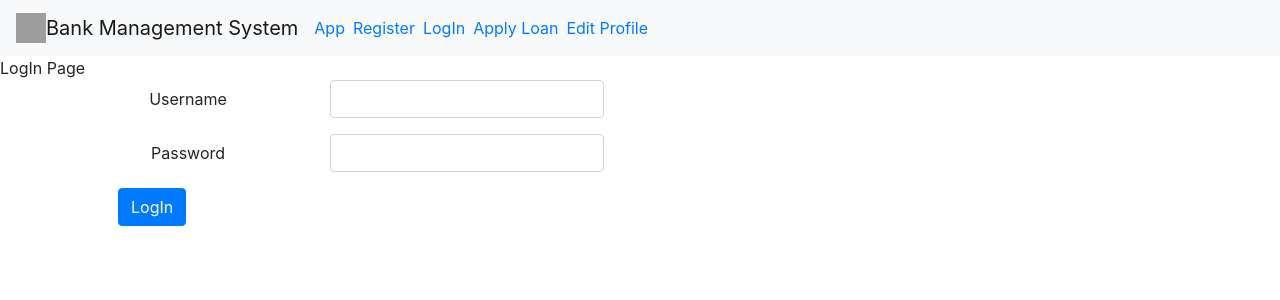
Repository: Nilkumar-Sharma/Bank-Management-System-Frontend-React
Page: /login
These files come from the project's save history. The page is drawn as it stood at one moment and after a run of saves; the edit follows.
The browser window is 1280 px wide. The pictures show the whole page.
Pictures or frames that could not be fetched are drawn as grey boxes. The project was rebuilt for these pictures with package versions that can differ from the ones it lists, and the page was loaded fresh each time. Also part of the build but not shown: src/App.css, src/Counter/Counter.js, src/App.js, src/components/Register/Register.module.scss, src/components/Register/Register.js, src/components/LogIn/LogIn.module.scss, src/components/Loan/Loan.module.scss, src/components/Loan/Loan.js and 1 more.

Above is the page before, as saved 2020-07-28 13:48:20.

### src/index.js
import React from 'react';
import ReactDOM from 'react-dom';
import './index.css';
import App from './App';
import * as serviceWorker from './serviceWorker';
import { Provider } from 'react-redux'
import { createStore } from 'redux'
import rootReducer from './store/reducer'
import { BrowserRouter, Switch,Route,Link } from 'react-router-dom';
import Register from './components/Register/Register'
import { createBrowserHistory } from 'history';
import 'bootstrap/dist/css/bootstrap.min.css';
import LogIn from './components/LogIn/LogIn';
import Loan from './components/Loan/Loan'
import UpdateProfile from './components/Profile/UpdateProfile';

const store = createStore(rootReducer);
store.subscribe(_=>console.log(store.getState()))

ReactDOM.render(
  <Provider store={store}>
    <React.StrictMode>
      <BrowserRouter>

        <nav className="navbar navbar-expand-lg navbar-light bg-light ">
          {/* header */}
          <a className="navbar-brand" href="#">
            <img src="/docs/4.0/assets/brand/bootstrap-solid.svg" width="30" height="30" className="d-inline-block align-top" alt=""></img>
              Bank Management System
  </a>

          <ul className="navbar-nav  mr-auto">
          <li className="nav-item mr-2">
            <Link to="/">App</Link>
            </li>
            <li className="nav-item mr-2">
            <Link to="/register">Register</Link>
          </li>
            <li className="nav-item mr-2">
            <Link to="/login">LogIn</Link>
            </li>
            <li className="nav-item mr-2">
              <Link to="/loan">Apply Loan</Link>
            </li>
            <li className="nav-item mr-2">
              <Link to="/edit">Edit Profile</Link>
            </li>
          </ul>
        </nav>


      {/* A <Switch> looks through its children <Route>s and
            renders the first one that matches the current URL. */}
      <Switch>
        <Route exact path="/">
          <App />
          </Route>
          <Route exact path="/register">
            <Register />
          </Route>
          <Route path="/login">
            <LogIn/>
          </Route>
          <Route path="/loan">
            <Loan></Loan>
          </Route>
          <Route path="/edit">
            <UpdateProfile></UpdateProfile>
          </Route>
      </Switch>
      </BrowserRouter>
    </React.StrictMode>

  </Provider>,
  document.getElementById('root')
);

// If you want your app to work offline and load faster, you can change
// unregister() to register() below. Note this comes with some pitfalls.
// Learn more about service workers: https://bit.ly/CRA-PWA
serviceWorker.unregister();

### src/store/reducer.js
const initialState = {
    counter: 0
};

const rootReducer = (state = initialState, action) => {
    switch (action.type){
    case "INC":
            return { counter: state.counter + 1 }
        case "DEC":
            return { counter: state.counter - 1 }
        default:
            return state
}
}
export default rootReducer;

### src/components/LogIn/LogIn.js
import React, { Component } from 'react';
import InputField from '../Shared/InputField/InputField'
import style from './LogIn.module.scss';
import MyButton from '../Shared/MyButton/MyButton'
/**
 *  As a Customer, I should be able to register my details in the system so that I can
 * login into the system Acceptance criteria: Customer should be able register the details
 * in the system and it should be saved in the database. Customer should be able to login with
 * a User Id and Password that exists in database.
 * On clicking logout the session should be invalidated and login page must be displayed Capture the
 * details like Name, Username, Password, Address, State, Country, Email Address, PAN, Contact No, DOB,
 * Account Type etc

*/
class LogIn extends Component{

    render() {
        return (<div>
            LogIn Page
            <div className="container pl-5">
                {/* <InputField Label="Name"></InputField> */}
                <InputField Label="Username"></InputField>
                <InputField Label="Password"></InputField>
                {/* <InputField Label="Address"></InputField>
                <InputField Label="State"></InputField>
                <InputField Label="Country"></InputField>
                <InputField Label="Email"></InputField>
                <InputField Label="Pan"></InputField>
                <InputField Label="Contact No."></InputField>
                <InputField Label="Dob"></InputField>
                <InputField Label="Account Type"></InputField> */}

                <MyButton label="LogIn"></MyButton>









                </div>
            </div>)
        }
}
export default LogIn;

### src/components/Shared/InputField/InputField.js
import React, { Component } from 'react';
import './InputField.css'
class InputField extends Component {
    static defaultProps = {
        type: "text",
        changes:(e)=>console.log(e.target),
        Label: "Label",
        classes: "",
        value: "",
        id: "setId",
        name: "name",
        PlaceHolder: "PlaceHolder Here",
    }
    constructor(props) {
        super(props);
        this.state = {
            value: ""
        }
        // this.props.PlaceHolder = this.props.Label;

    }
    handleChange(event) {
        this.setState({ value: event.target.value });
        this.props.changes(event);
    }
    render() {
        return (
            <div className="container">
            <div className="row">
                <div class="form-group form-inline" >
                <div className="col-6">
                    <label htmlFor={this.props.id}>{this.props.Label}</label>

                </div>
                <div className="col-6">
                        <input className="form-control" name={this.props.name} id={this.props.id} type={this.props.type} onChange={
                        // (this.props.changes) || ((e)=>{this.setState({value:e.target.value})})
                        (event) =>
                            this.handleChange(event)
                    } placeholder={this.props.placeHolder} value={this.state.value}></input>

                    </div>
                    </div>
                    </div>
            </div>
        )
    }
}
export default InputField;

### src/components/Shared/MyButton/MyButton.js
/**
 * @props label: name of the button || default is "Label"
 * @props classes: Class Name
 * @props onClick: a function || Default is console.log("clicked")
 *
 */
import React,{Component } from 'react';

class MyButton extends Component {
    static defaultProps = {
        clicked:() => console.log("clicked "),
        label:"Button Label",
        value: "",
        classes: "btn btn-primary"
    }
    constructor(props) {
        super(props);
        console.log(this.props)

    }
    render() {
        return <button className={this.props.classes} onClick={this.props.clicked} value={this.props.value} >{this.props.label}</button>
    }

}

export default MyButton;

### src/components/Shared/InputField/InputField.css
label{
    width: 10px;
    margin-left: 50px;
}
/*  */

Loaded but not shown: public/index.html (common file); src/index.css (common file); src/serviceWorker.js (common file)

After the next 2 saves:
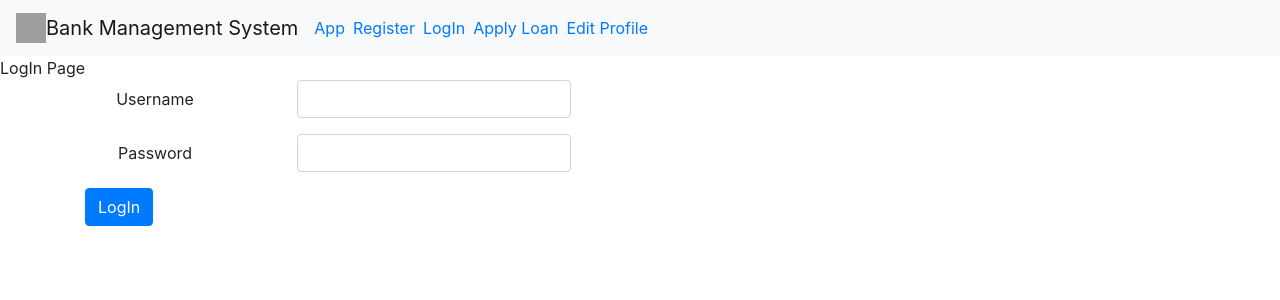
The 2 saves are shown as one change because they came seconds apart.
The last was saved 25 s later.
--- a/src/components/LogIn/LogIn.js
+++ b/src/components/LogIn/LogIn.js
@@ -17,7 +17,7 @@ class LogIn extends Component{
     render() {
         return (<div>
             LogIn Page
-            <div className="container pl-5">
+            <div className="container col-offset-5 ">
                 {/* <InputField Label="Name"></InputField> */}
                 <InputField Label="Username"></InputField>
                 <InputField Label="Password"></InputField>
